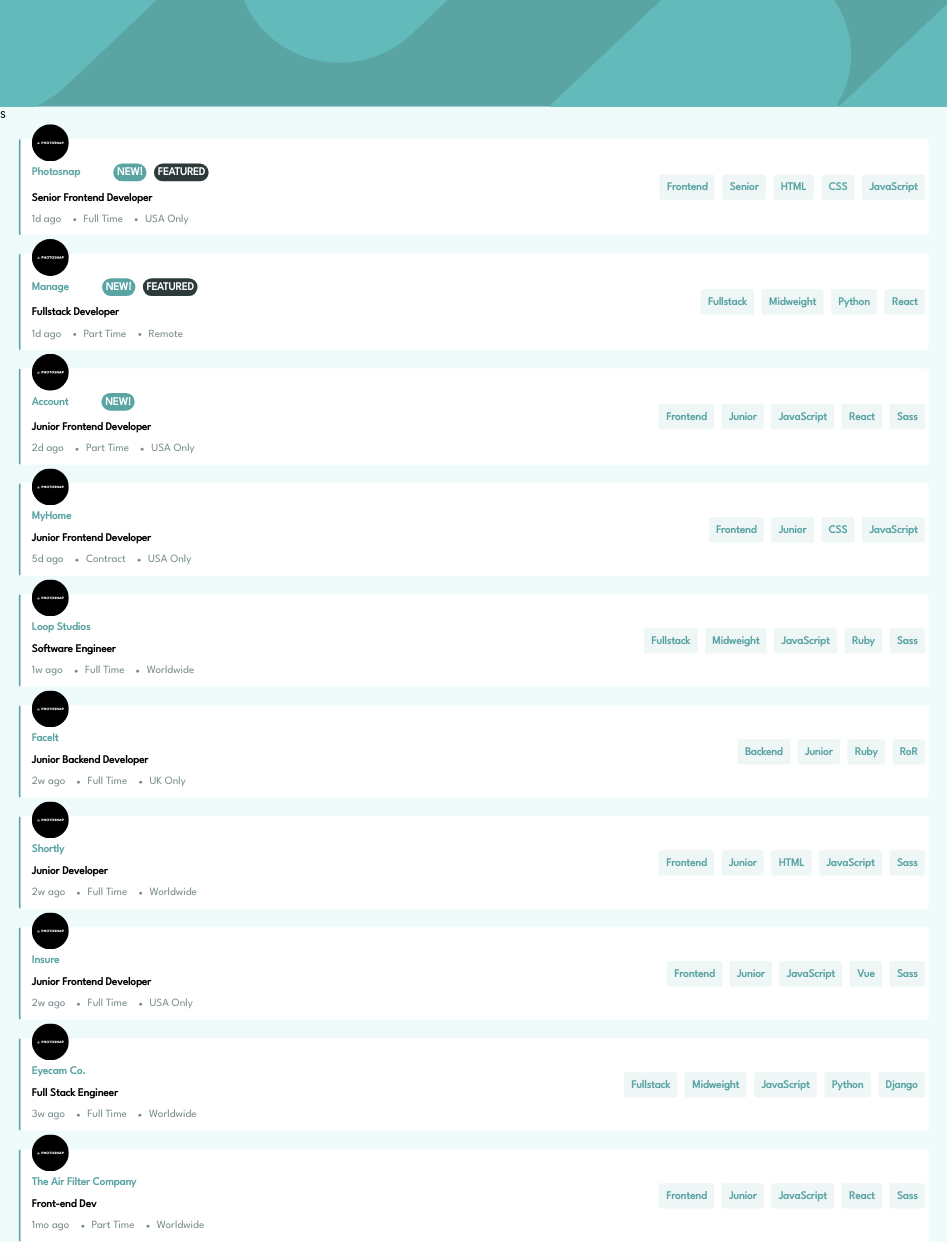
Repository: DevLaukey/job-listing
Page: /
The author's editor kept a copy of each file at every save. The page is drawn from the files as they stood at one save, then again after the next save.
The browser window is 1280 px wide. The pictures show the whole page, at 74% of full size.
Some web fonts or font styles are not loaded; a fallback is used. The project was rebuilt for these pictures with package versions that can differ from the ones it lists, and the page was loaded fresh each time.

Above is the page before, as saved 2022-06-03 00:43:01.

### src/App.js
import "./App.css";
import Filter from "./components/Filter";
import Header from "./components/Header";
import Tablet from "./components/Tablet";
import data from "./data.json";

function App() {
  const tablets = data.map((data) => <Tablet
    key={data.id}
    company={data.company}
    neew={data.new}
    featured={data.featured}
    position={data.position}
    role={data.role}
    level={data.level}
    postedAt={data.postedAt}
    contract={data.contract}
    location={data.location}
    languages={data.languages}
    tools={data.tools}
    logo={data.logo} />);
  return (
    <div className="App">
      <Header />
      <Filter />
      <div className="content">{tablets}</div>
    </div>
  );
}

export default App;

### src/App.css
@import url('https://fonts.googleapis.com/css2?family=Grape+Nuts&family=League+Spartan&display=swap');
*{
  margin: 0;
  padding: 0;
  box-sizing: border-box;
}
.App{
  background-color: hsl(180, 52%, 96%);
  font-size: 15px;
}

### src/components/Filter.js
import React from 'react'

function s() {
  return (
    <div>s</div>
  )
}

export default s

### src/components/Header.js
import React from 'react'
import "./styles.css"

function Header() {
  return (
    <header className='header'></header>
  )
}

export default Header

### src/components/Tablet.js
import React from "react";
import "./styles.css";
import logos from "./images/photosnap.svg";
function Tablet({ key, company, logo, neew, featured, position, role, level, postedAt, contract, location, languages, tools }) {
    // console.log(logo);
    // const logos = require(logo).default;
    // console.log(logos)
    return (
      <div className="tablet boarder">
        <div className="tablet_content" >
          <img className="image" src={logos} alt="" />

          <div className="heading">
            <div className="company">
              <p>{company}</p>
            </div>
            <div>{neew && <p className="new">NEW!</p>}</div>
            <div>{featured && <p className="featured">FEATURED</p>}</div>
          </div>
          <div className="title">
            <p>{position}</p>
          </div>
          <div className="details">
            <p>{postedAt}</p>
            <ul className="list">
              <li>{contract}</li>
              <li className="country">{location}</li>
            </ul>
          </div>
          <hr className="line" />
        </div>
          <div className="tags">
            <p className="category">{role}</p>
            <p className="category">{level}</p>
            {languages.map((language) => (
              <p className="category"> {language}</p>
            ))}
            {tools.map((tool) => (
              <p className="category"> {tool}</p>
            ))}
          </div>
      </div>
    );
}

export default Tablet;

### src/components/styles.css
.header {
  background-image: url(../assets/bg-header-mobile.svg);
  padding: 10vh;
  background-color: hsl(180, 29%, 50%);
}
.tablet {
    background-color: white;
    margin: 25px 25px 20px 25px;
    font-family: "League Spartan", sans-serif;
    font-weight: 700;
}
.boarder{
    border-left: 3px solid hsl(180, 29%, 50%);
    border-radius: 3px;

}
.tablet_content {
  margin-left: 15px;
  margin-right: 25px;
  align-items: center;
}
.image {
  height: 50px;
  margin-top: -20px;
}
.heading {
  display: flex;
}
.company {
  color: hsl(180, 29%, 50%);
  margin-right: 3em;
  margin-top: 5px;
}
.new {
  background-color: hsl(180, 29%, 50%);
  padding: 5px;
  color: white;
  border-radius: 25px;
  margin-right: 10px;
}
.featured {
  background-color: hsl(180, 14%, 20%);
  padding: 5px;
  color: white;
  border-radius: 25px;
}
.title {
  margin-top: 15px;
}
.details {
  display: flex;
  color: hsl(180, 8%, 52%);
  font-weight: 400;
  margin-top: 15px;
  margin-bottom: 15px;
}
.list {
  display: flex;
  margin-left: 2em;
}
.country {
  margin-left: 2em;
}
.line {
  margin-bottom: 15px;
  color: gray;
}
.tags {
  color: hsl(180, 29%, 50%);
  display: flex;
  flex-wrap: wrap;
}
.category {
  background-color: hsl(180, 31%, 95%);
  padding: 10px;
  border-radius: 3px;
  margin: 5px;
}

/* media query */

@media screen and (min-width: 768px) {
  .header {
    background-image: url(../assets/bg-header-desktop.svg);
  }
  .line {
    display: none;
  }
  .tablet {
    display: flex;
    align-items: center;
    justify-content: space-between;
  }
}

Loaded but not shown: public/index.html (common file); src/index.js (common file); src/index.css (common file); src/reportWebVitals.js (common file); src/data.json (common file)

After the next save:
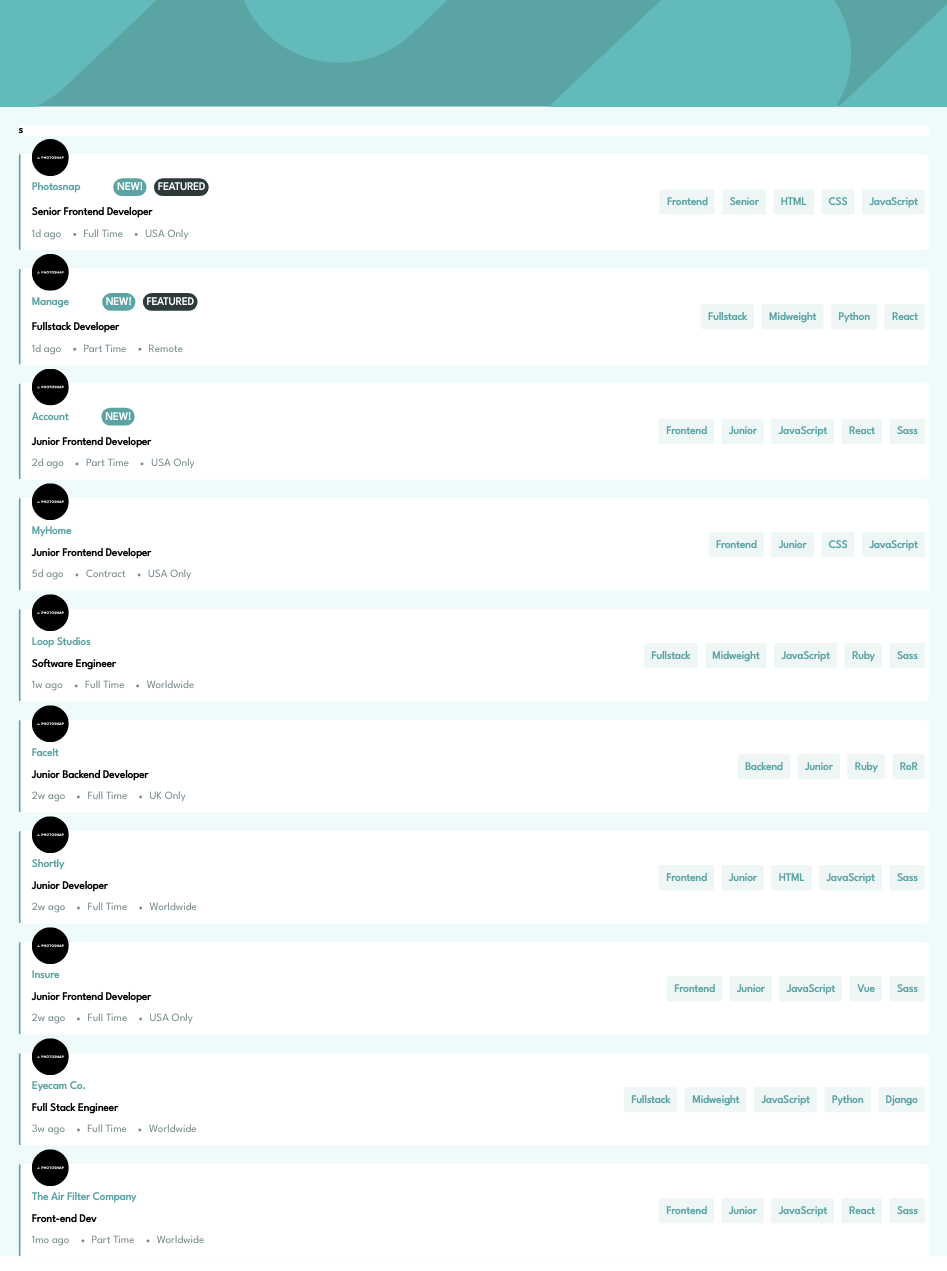
Saved 38 s later.
--- a/src/components/Filter.js
+++ b/src/components/Filter.js
@@ -2,7 +2,7 @@ import React from 'react'
 
 function s() {
   return (
-    <div>s</div>
+    <div className="tablet">s</div>
   )
 }
 
